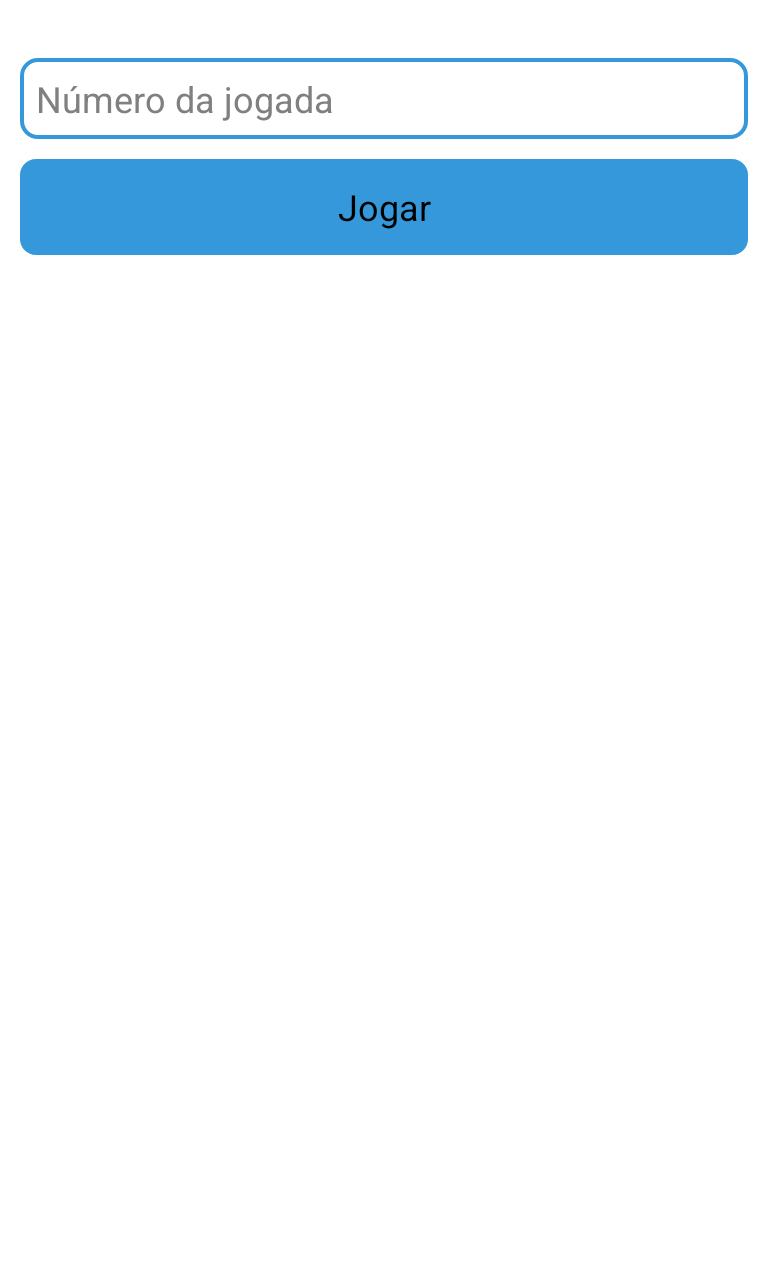
Repository: gokugohan/ddm
Layout: JogoDeAdivinha/res/layout/activity_jogar.xml
An editor plug-in stored every save of this project. The layout is shown before and after the next save, followed by the edit.
It is drawn on a 768 x 1280 px phone screen (xhdpi) without system bars, with theme AppTheme; the app's code is not run.

Above is the layout before, as saved 2014-11-12 10:31:44.

### JogoDeAdivinha/res/layout/activity_jogar.xml
<LinearLayout xmlns:android="http://schemas.android.com/apk/res/android"
    xmlns:tools="http://schemas.android.com/tools"
    android:layout_width="match_parent"
    android:layout_height="match_parent"
    android:orientation="vertical" >
    <LinearLayout android:layout_width="match_parent"android:layout_height="match_parent" android:orientation="vertical">
        <TextView
        android:id="@+id/id_tv_como_jogar"
        android:layout_width="match_parent"
        android:layout_height="wrap_content" />



    <EditText
        android:id="@+id/id_et_numero_jogado"
        android:layout_width="match_parent"
        android:layout_height="wrap_content"
        android:layout_margin="10dp"
        android:background="@drawable/custom_edittext"
        android:hint="@string/numero_da_jogada"/>

    <Button android:id="@+id/id_btn_jogar"
        android:layout_width="match_parent"
        android:layout_height="wrap_content"
        android:layout_marginLeft="10dp"
        android:layout_marginRight="10dp"
        android:text="@string/jogar"
        android:background="@drawable/custom_button"
        />

    <TextView android:id="@+id/id_tv_debug_jogar"
        android:layout_width="match_parent"
        android:layout_height="wrap_content"/>
    </LinearLayout>


    <Button android:id="@+id/id_btn_restart"
        android:layout_width="match_parent"
        android:layout_height="wrap_content"
        android:background="@drawable/custom_button"
        android:text="@string/restart"
        android:layout_marginLeft="10dp"
        android:layout_marginRight="10dp"
        />
</LinearLayout>

### JogoDeAdivinha/res/drawable/custom_edittext.xml
<?xml version="1.0" encoding="utf-8"?>
<shape xmlns:android="http://schemas.android.com/apk/res/android" >

    <corners
        android:radius="8dp"
        />

    <stroke android:width="2dp"
        android:color="#3498db"/>

     <padding
        android:bottom="8dp"
        android:left="8dp"
        android:right="8dp"
        android:top="8dp" />
</shape>

### JogoDeAdivinha/res/values/strings.xml
<?xml version="1.0" encoding="utf-8"?>
<resources>

    <string name="app_name">Jogo de adivinha</string>
    <string name="hello_world">Hello world!</string>
    <string name="action_settings">Settings</string>

    <string name="str_info_jogo">Bem vindo ao jogo \"adivinha o nº\".Comece por escrever o intervalo em que pretende jogar</string>
    <string name="str_info_min">Informe o número mínimo</string>
    <string name="str_info_max">Informe o número máximo</string>
    <string name="str_comecar">Começar</string>
    <string name="str_max">Máximo (1000)</string>
    <string name="str_min">Mínimo (1)</string>
    <string name="numero_da_jogada">Número da jogada</string>
    <string name="str_error_number_format">Aceita só números inteiros</string>
    <string name="jogar">Jogar</string>
    <string name="restart">Restart</string>
</resources>

### JogoDeAdivinha/res/drawable/custom_button.xml
<?xml version="1.0" encoding="utf-8"?>
<shape xmlns:android="http://schemas.android.com/apk/res/android" >

    <corners
        android:bottomLeftRadius="8dp"
        android:bottomRightRadius="8dp"
        android:topLeftRadius="8dp"
        android:topRightRadius="8dp" />

    <solid android:color="#3498db"/>
</shape>

Loaded but not shown: JogoDeAdivinha/res/values/styles.xml (common file); JogoDeAdivinha/res/values-v11/styles.xml (common file); JogoDeAdivinha/res/values-v14/styles.xml (common file)

After the next save:
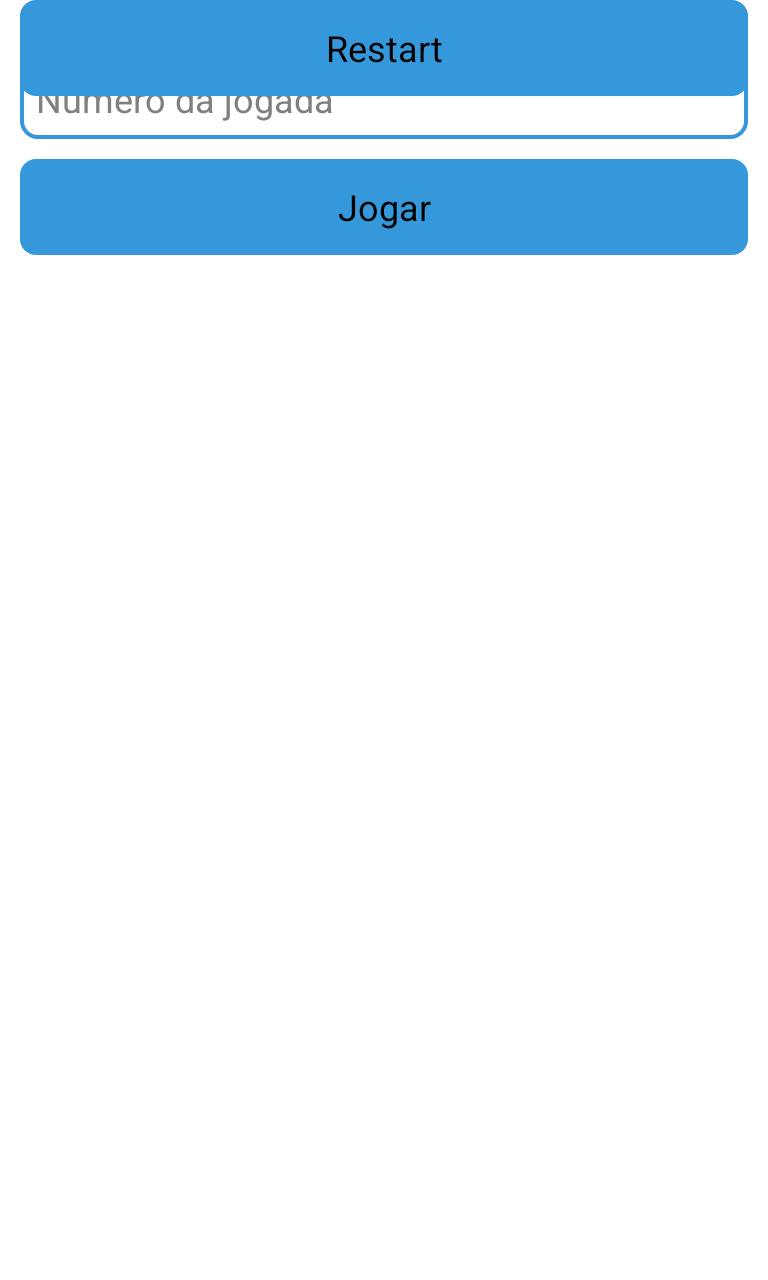
Saved 11 s later.
--- a/JogoDeAdivinha/res/layout/activity_jogar.xml
+++ b/JogoDeAdivinha/res/layout/activity_jogar.xml
@@ -1,45 +1,53 @@
-<LinearLayout xmlns:android="http://schemas.android.com/apk/res/android"
+<RelativeLayout xmlns:android="http://schemas.android.com/apk/res/android"
     xmlns:tools="http://schemas.android.com/tools"
+    android:id="@+id/RelativeLayout1"
     android:layout_width="match_parent"
     android:layout_height="match_parent"
     android:orientation="vertical" >
-    <LinearLayout android:layout_width="match_parent"android:layout_height="match_parent" android:orientation="vertical">
-        <TextView
+
+    <TextView
         android:id="@+id/id_tv_como_jogar"
         android:layout_width="match_parent"
-        android:layout_height="wrap_content" />
-
-
+        android:layout_height="wrap_content"
+        android:layout_alignParentLeft="true"
+        android:layout_alignParentTop="true" />
 
     <EditText
         android:id="@+id/id_et_numero_jogado"
         android:layout_width="match_parent"
         android:layout_height="wrap_content"
+        android:layout_alignParentLeft="true"
+        android:layout_below="@+id/id_tv_como_jogar"
         android:layout_margin="10dp"
         android:background="@drawable/custom_edittext"
-        android:hint="@string/numero_da_jogada"/>
+        android:hint="@string/numero_da_jogada" />
 
-    <Button android:id="@+id/id_btn_jogar"
+    <Button
+        android:id="@+id/id_btn_jogar"
         android:layout_width="match_parent"
         android:layout_height="wrap_content"
+        android:layout_alignParentLeft="true"
+        android:layout_below="@+id/id_et_numero_jogado"
         android:layout_marginLeft="10dp"
         android:layout_marginRight="10dp"
-        android:text="@string/jogar"
         android:background="@drawable/custom_button"
-        />
+        android:text="@string/jogar" />
 
-    <TextView android:id="@+id/id_tv_debug_jogar"
-        android:layout_width="match_parent"
-        android:layout_height="wrap_content"/>
-    </LinearLayout>
-
-
-    <Button android:id="@+id/id_btn_restart"
+    <TextView
+        android:id="@+id/id_tv_debug_jogar"
         android:layout_width="match_parent"
         android:layout_height="wrap_content"
-        android:background="@drawable/custom_button"
-        android:text="@string/restart"
+        android:layout_alignParentLeft="true"
+        android:layout_below="@+id/id_btn_jogar" />
+
+    <Button
+        android:id="@+id/id_btn_restart"
+        android:layout_width="match_parent"
+        android:layout_height="wrap_content"
+        android:layout_alignParentLeft="true"
         android:layout_marginLeft="10dp"
         android:layout_marginRight="10dp"
-        />
-</LinearLayout>
+        android:background="@drawable/custom_button"
+        android:text="@string/restart" />
+
+</RelativeLayout>
